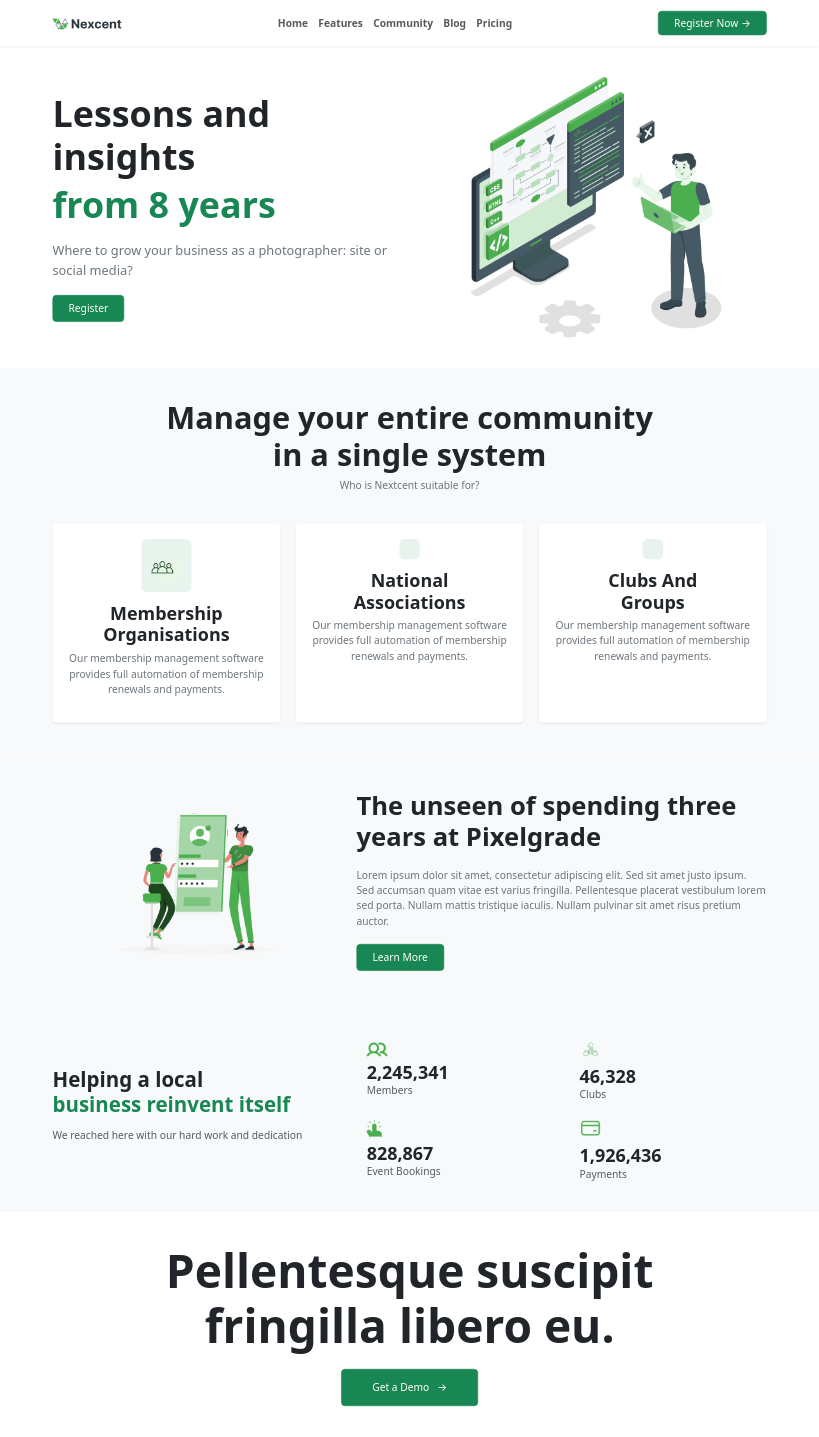
Repository: Laibaaa10/Bootstrap1
Page: index.html
An editor plug-in stored every save of this project. The page is shown before and after a run of saves, followed by the edit.
The browser window is 1280 px wide. The pictures show the whole page, at 64% of full size.

Above is the page before, as saved 2026-06-18 08:12:57.

After the next 3 saves:
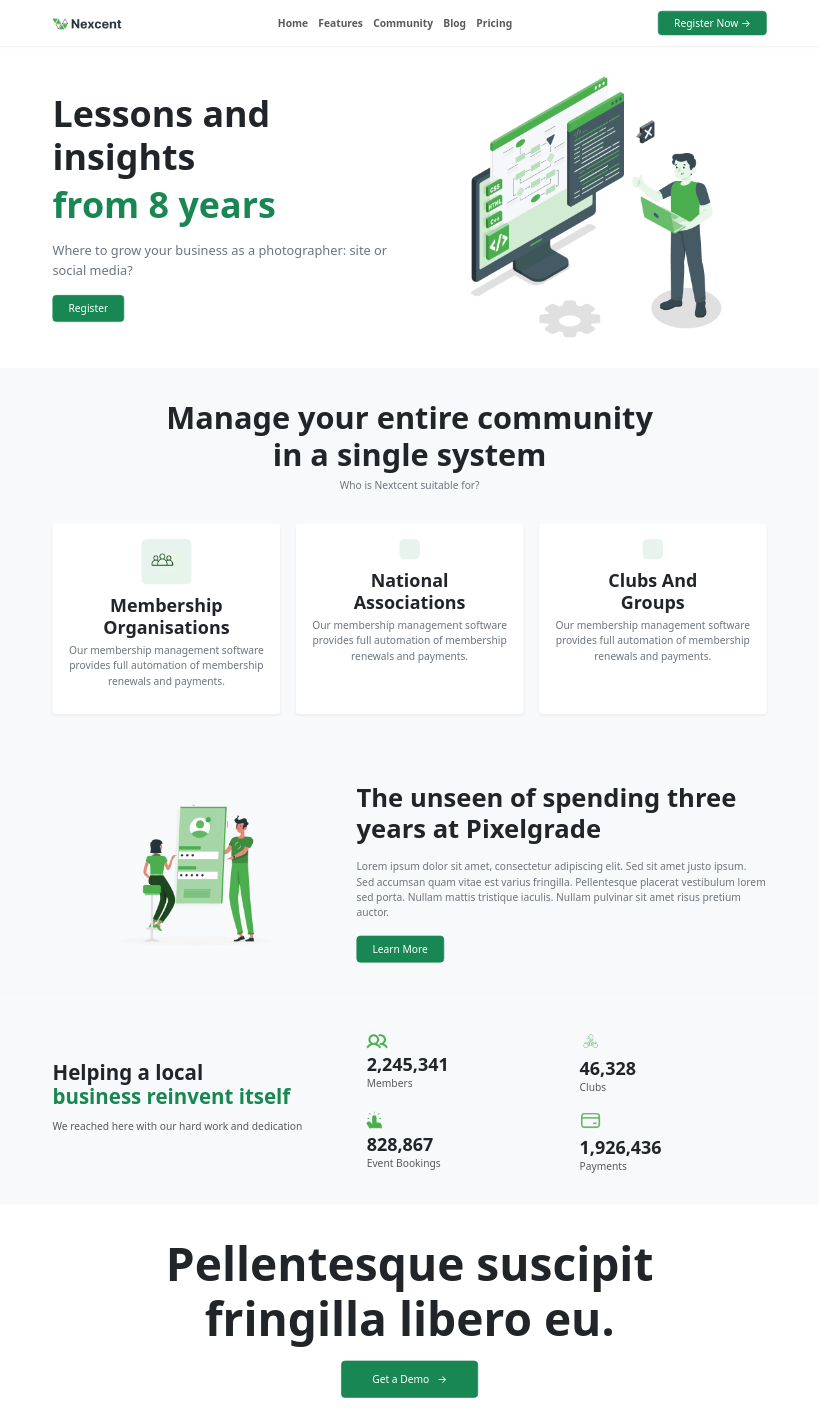
The 3 saves are shown as one change because they came seconds apart.
The last was saved 26 s later.
--- a/index.html
+++ b/index.html
@@ -112,7 +112,6 @@
 
                     <div class="mx-auto bg-success bg-opacity-10 rounded-3 p-3 mb-3">
                         <img src="./images/Icon.png" alt="Illustration" class="img-fluid">
-                        <i class="bi bi-people fs-2 text-success"></i>
                     </div>
 
                     <h3 class="fw-bold">

After the save that followed:
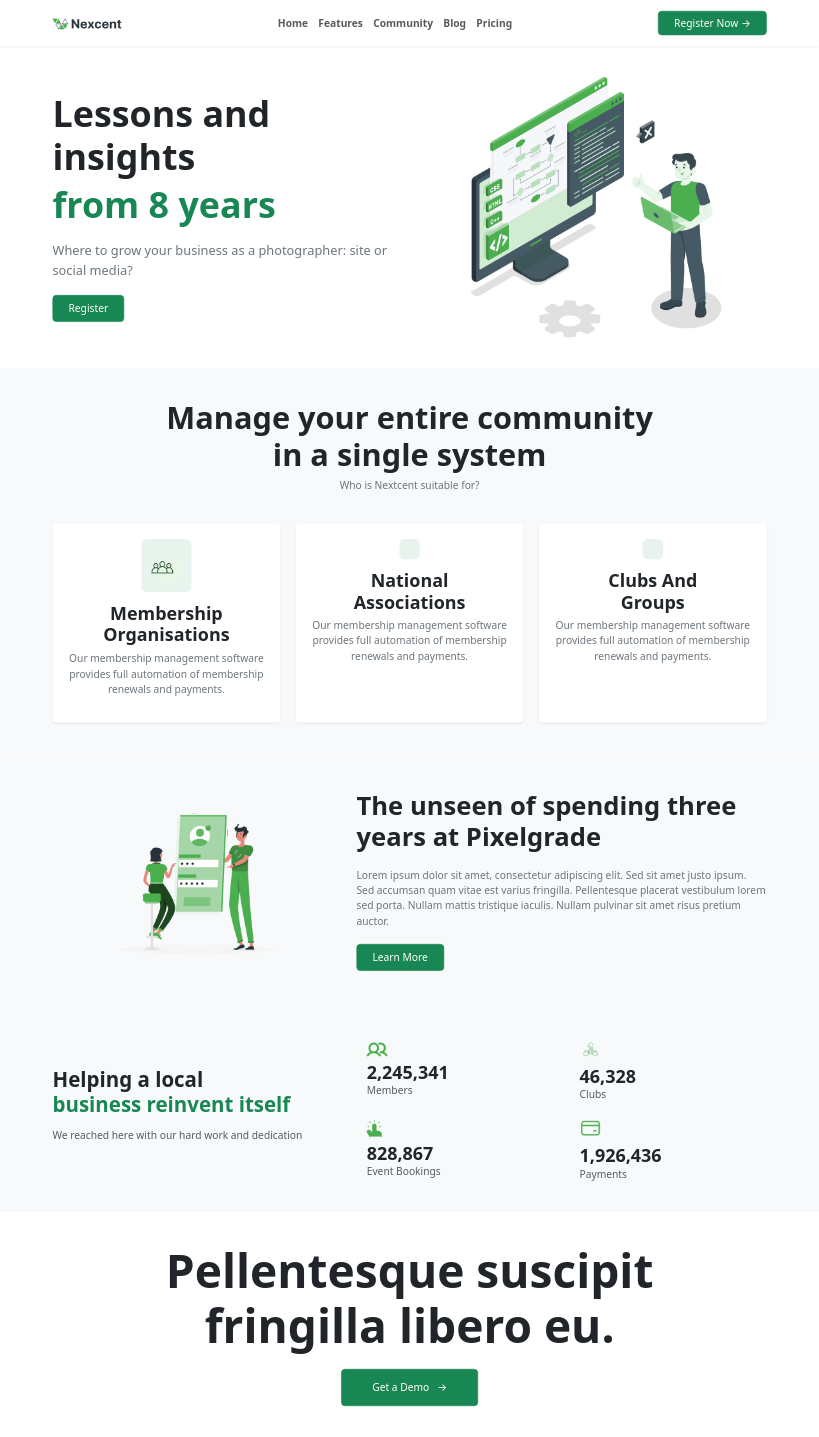
Saved 17 s later.
--- a/index.html
+++ b/index.html
@@ -112,6 +112,7 @@
 
                     <div class="mx-auto bg-success bg-opacity-10 rounded-3 p-3 mb-3">
                         <img src="./images/Icon.png" alt="Illustration" class="img-fluid">
+                        <i class="bi bi-people fs-2 text-success"></i>
                     </div>
 
                     <h3 class="fw-bold">
